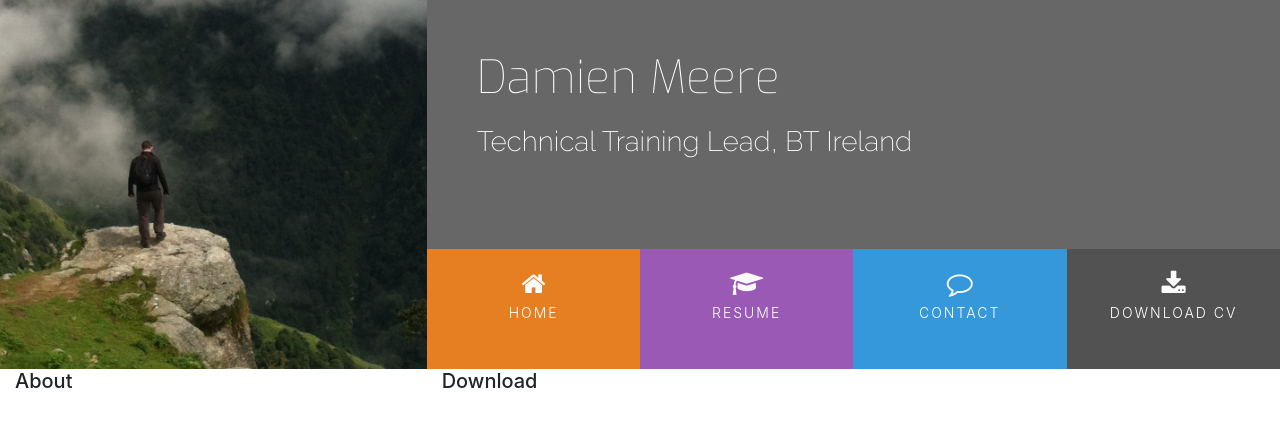
Repository: damien-meere/cv_site_project
Page: index.html
The author's editor kept a record of every edit. The page is drawn from the files as they stood at one moment, then again after the next edit.
The browser window is 1280 px wide. The pictures show the whole page.

Above is the page before.

### index.html
<!DOCTYPE html>
<html lang="en">

<head>
    <meta charset="UTF-8">
    <meta name="viewport" content="width=device-width, initial-scale=1.0">
    <meta http-equiv="X-UA-Compatible" content="ie=edge">
    <link rel="stylesheet" href="https://stackpath.bootstrapcdn.com/bootstrap/4.3.1/css/bootstrap.min.css" type="text/css" />
    <link rel="stylesheet" href="https://stackpath.bootstrapcdn.com/font-awesome/4.7.0/css/font-awesome.min.css" type="text/css" />
    <link rel="stylesheet" href="https://cdnjs.cloudflare.com/ajax/libs/hover.css/2.3.1/css/hover-min.css" type="text/css" />
    <link rel="stylesheet" href="assets/css/style.css" type="text/css" />
    <title>Damien Meere CV</title>
</head>

<body>
    <header>
        <div class="row no-gutters">
            <a href="index.html" class="col-md-4 logo"></a>
            <div class="col-md-8">
                <div class="row bg-color-name-title no-gutters">
                    <div class="col heading">
                        <h1 class="name">Damien Meere</h1>
                        <h2 class="title">Technical Training Lead, BT Ireland</h2>
                    </div>
                </div>
                <div class="row no-gutters">
                    <div class="col">
                        <ul id="nav" class="list-inline menu-container">
                            <!--the i element with fa is a font awesome icon. Aria hidden means this icon is ignored by screen readers-->
                            <li class="col-6 col-sm-3 list-inline-item ui-menu-color-home menuitem">
                                <a href="#" class="hvr-sweep-to-bottom"><i class="fa fa-home" aria-hidden="true"></i><span>Home</span></a>
                            </li>
                            <li class="col-6 col-sm-3 list-inline-item ui-menu-color-resume menuitem">
                                <a href="#" class="hvr-sweep-to-bottom"><i class="fa fa-graduation-cap" aria-hidden="true"></i><span>Resume</span></a>
                            </li>
                            <li class="col-6 col-sm-3 list-inline-item ui-menu-color-contact menuitem">
                                <a href="#" class="hvr-sweep-to-bottom"><i class="fa fa-comment-o" aria-hidden="true"></i><span>Contact</span></a>
                            </li>
                            <li class="col-6 col-sm-3 list-inline-item ui-menu-color-download menuitem">
                                <a href="#" class="hvr-sweep-to-bottom"><i class="fa fa-download" aria-hidden="true"></i><span>Download CV</span></a>
                            </li>
                        </ul>
                    </div>
                </div>
            </div>
        </div>
    </header>

    <section>

    </section>

    <footer class="container-fluid">
        <div class="row">
            <div class="col-sm-4">
                <h5>About</h5>
            </div>
            <div class="col-sm-4">
                <h5>Download</h5>
            </div>
            <div class="col-sm-4">

            </div>
        </div>

    </footer>


</body>

</html>

### assets/css/style.css
@import url('https://fonts.googleapis.com/css?family=Raleway:100,200,300,400,500.600,700|Exo:100,200,300,400,500.600,700');

/*--------------------------------------------------Colours*/
.bg-color-name-title{
    background-color: #676767;
}

.ui-menu-color-home {
    background-color: #e67e22;
}

.ui-menu-color-resume {
    background-color: #9b59b6;
}

.ui-menu-color-contact {
    background-color: #3498db;
}

.ui-menu-color-download {
    background-color: #525252;
}

/*--------------------------------------------------Headings*/



/*--------------------------------------------------Headings*/
header {
    margin: 0;
}

.heading{
    margin-left: 50px;
}

.logo {
    background: url("../images/logo_image.jpg");
    background-position: center;
    background-repeat: no-repeat;
    background-size: cover;
    min-height: 360px;
    transition: all .5s ease-in-out;
    -moz-transition: all .5s ease-in-out;
    -webkit-transition: all .5s ease-in-out;
}

.name {
    font-family: "Exo", sans-serif;
    font-weight: 100;
    font-size: 46px;
    margin-top: 50px;
    color: #fff;
}

.title {
    font-family: "Raleway", sans-serif;
    font-weight: 200;
    font-size: 28px;
    margin-top: 20px;
    margin-bottom: 90px;
    color: #fff;
}

.list-inline-item:not(:last-child) {
    margin: 0;
}

.menu-container {
    font-size: 0;
}

#nav {
    margin: 0;
}

#nav li {
    font-size: 14px;
    padding: 0;
}

.menuitem {
    height: 120px;
    text-align: center;
    padding: 0;
}

.menuitem a{
    width: 100%;
    text-decoration: none;
    color: #fff;
    height: 120px;
}

.menuitem a i {
    padding-top: 22px;
    /*Set to block to ensure icon appears on a new line*/
    display: block;
    color: #fafafa;
    font-size: 26px;
}


.menuitem span {
    display: block;
    width: 100%;
    padding-top: 5px;
    text-align: center;
    text-transform:uppercase;
    font-size: 14px;
    font-weight: 300;
    letter-spacing: 2px;
}

/*--------------------------------------------------Hover Override*/

.hvr-sweep-to-bottom:before{
    /*setting rgb to black, but the transparancy to 0.2, to its a subtle change*/
    background: rgba(0, 0, 0, 0.2);
}

After the next edit:
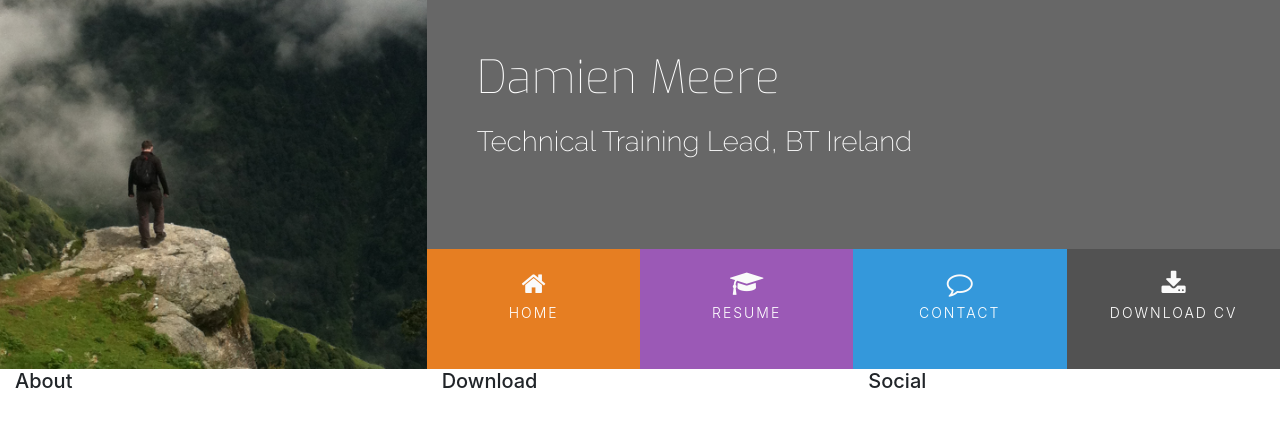
The edit:
--- a/index.html
+++ b/index.html
@@ -59,7 +59,7 @@
                 <h5>Download</h5>
             </div>
             <div class="col-sm-4">
-
+                <h5>Social</h5>
             </div>
         </div>
 
